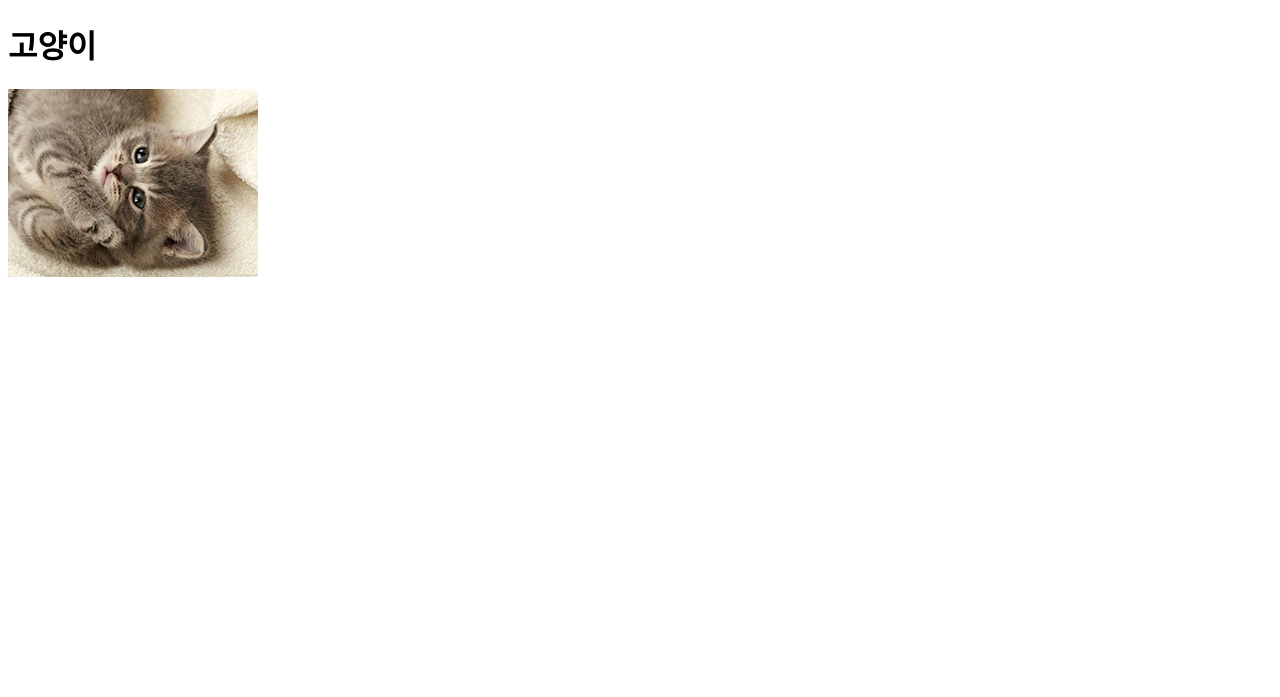
Repository: Chun0903/classStudy_github.io
Page: client/ClientTest/WebContent/ex12_image.html
The author's editor kept a copy of each file at every save. The page is drawn from the files as they stood at one save, then again after the next save.
The browser window is 1280 px wide. The pictures show the whole page.

Above is the page before, as saved 2020-06-19 05:32:39.

After the next save:
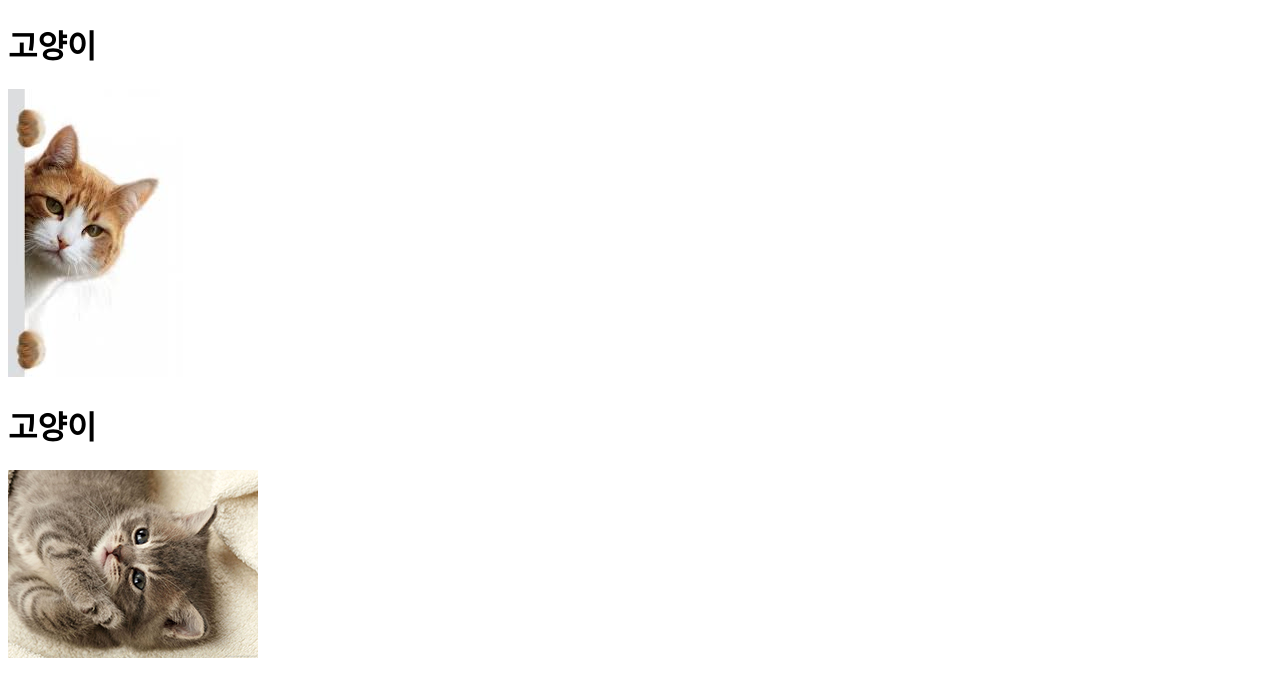
Saved 49 s later.
--- a/client/ClientTest/WebContent/ex12_image.html
+++ b/client/ClientTest/WebContent/ex12_image.html
@@ -19,6 +19,9 @@
 
 	-->
 	<h1>고양이</h1>
+	<img src="images/고양이2.jpg">
+
+	<h1>고양이</h1>
 	<img src="images/cat01.jpg">
 
 </body>
